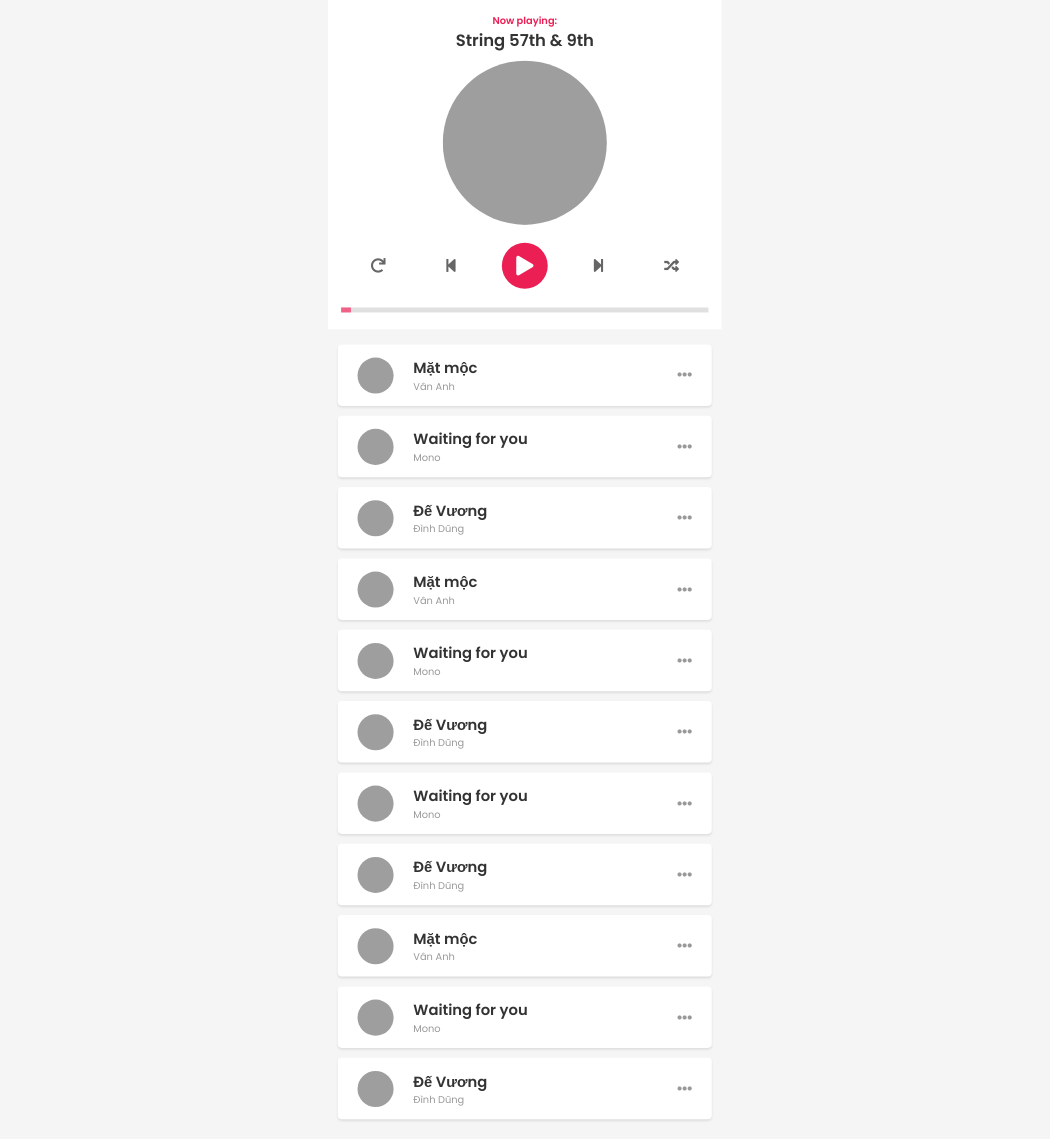
Repository: Tbs-Giang-Luong/app_music_ver1
Page: index.html
An editor plug-in stored every save of this project. The page is shown before and after the next save, followed by the edit.
The browser window is 1280 px wide. The pictures show the whole page, at 82% of full size.
Pictures or frames that could not be fetched are drawn as grey boxes.

Above is the page before, as saved 2022-10-20 01:06:27.

After the next save:
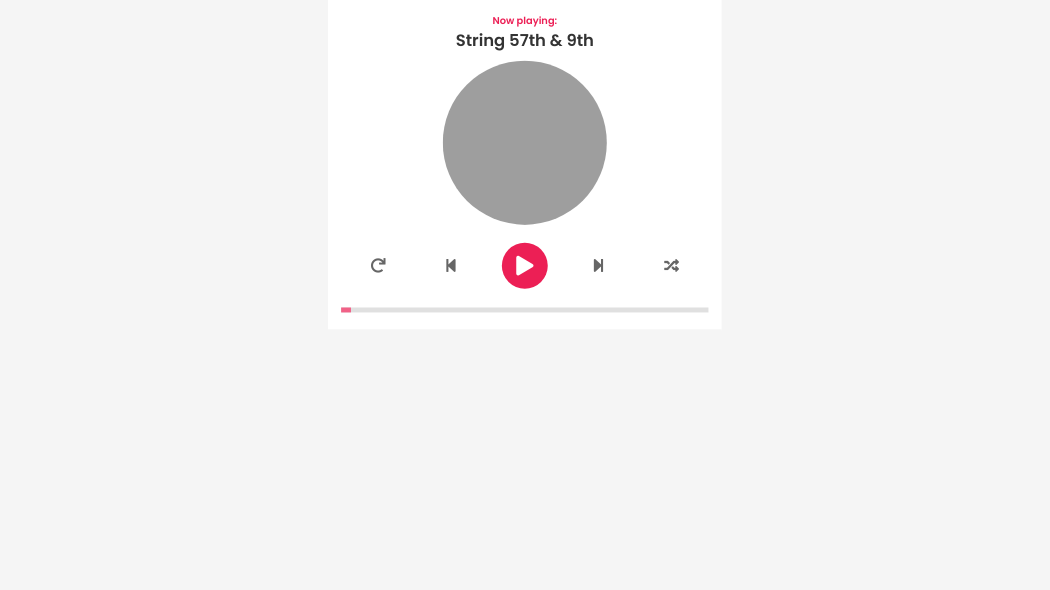
Console error: TypeError: this.loadCurrentSong is not a function
Saved 9 min 45 s later.
--- a/main.js
+++ b/main.js
@@ -117,6 +117,8 @@ const app = {
 
   start: function () {
 
+    this.loadCurrentSong();
+
     this.defineProperties();
 
     this.handleEvent();

After the 2 saves that followed:
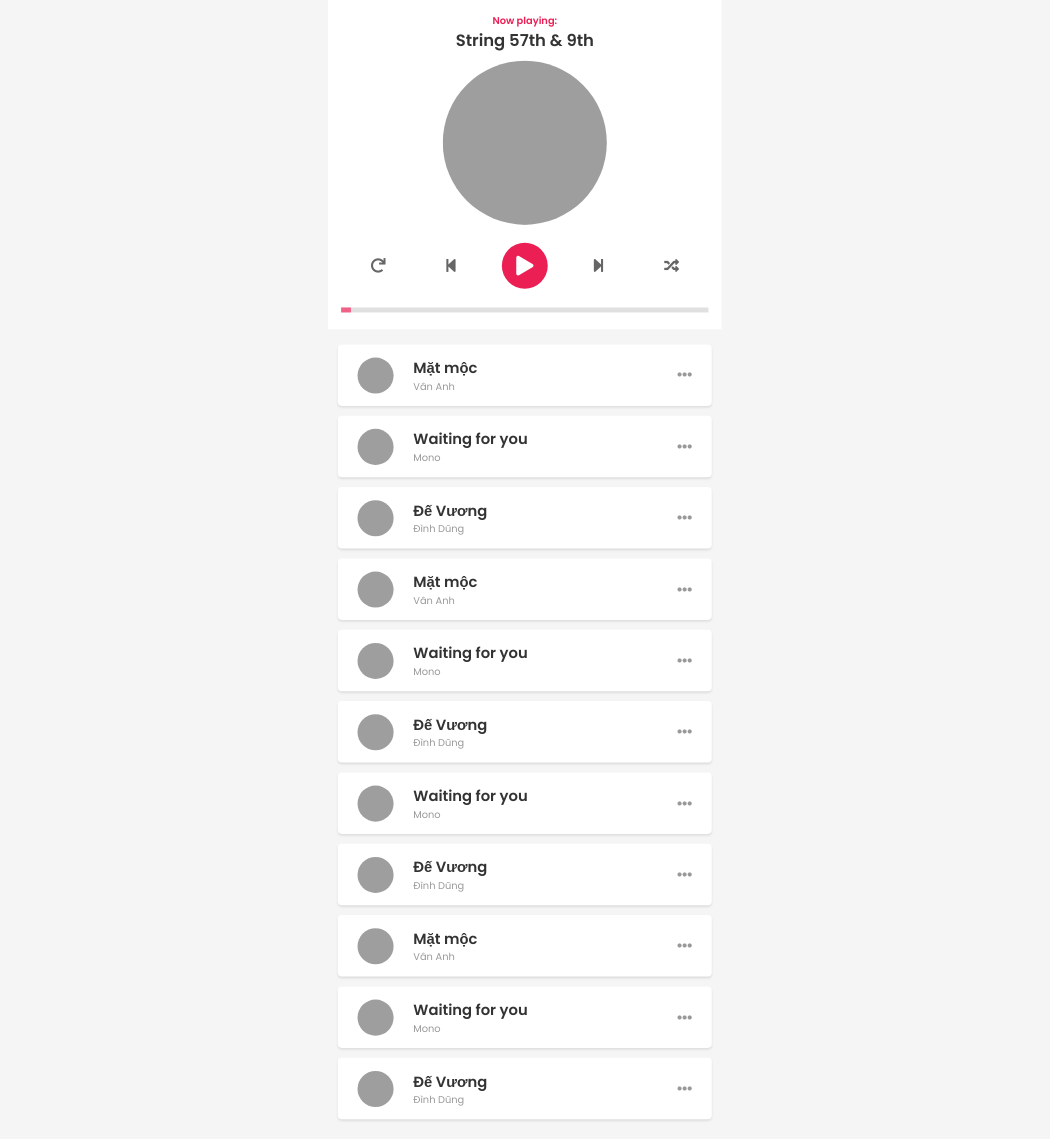
The error is gone.
The 2 saves are shown as one change because they came seconds apart.
The last was saved 2 min 38 s later.
--- a/main.js
+++ b/main.js
@@ -104,6 +104,14 @@ const app = {
     })
   },
 
+  loadCurrentSong:function(){
+    const header =  $('header h2')
+    const cdThumb = $('.cd-thumb');
+    const audio = $('#audio');
+
+    console.log(header, cdThumb, audio)
+  },
+
   handleEvent: function () {
     const cdWidth = cd.offsetWidth;
     document.onscroll = function () {
